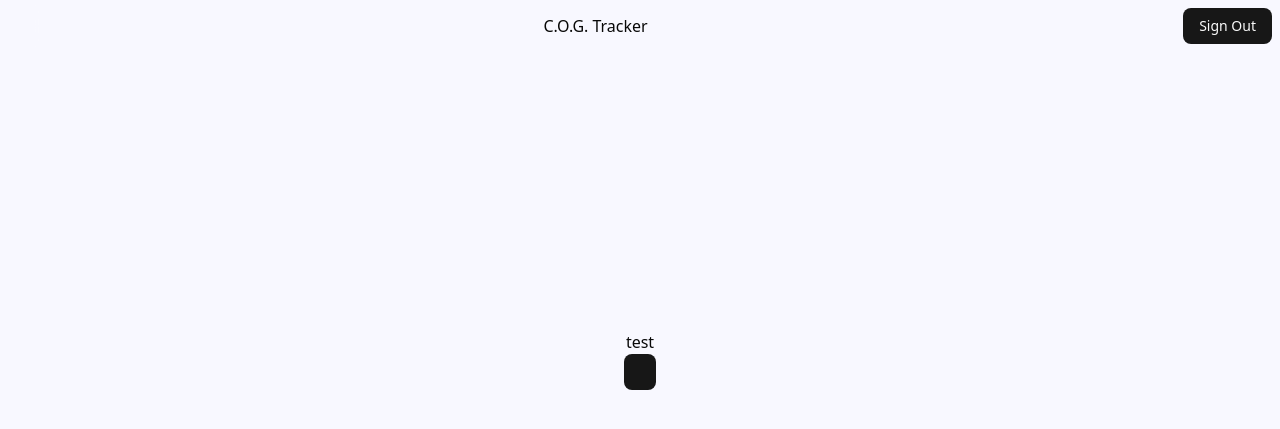
Repository: Renzo-Salosagcol/cog_tracker
Page: /dashboard/add-tracker/add-products
These files come from the project's save history. The page is drawn as it stood at one moment and after the next save; the edit follows.
The browser window is 1280 px wide. The pictures show the whole page.
The page's requests for data from a server got no answer. The project was rebuilt for these pictures with package versions that can differ from the ones it lists, and the page was loaded fresh each time. The framework's server and built-in components were replaced by stand-ins that run in the browser. No one was signed in, and anything a server would have sent is missing. Also part of the build but not shown: next.config.ts.

Above is the page before, as saved 2026-01-14 20:45:47.

After the next save:
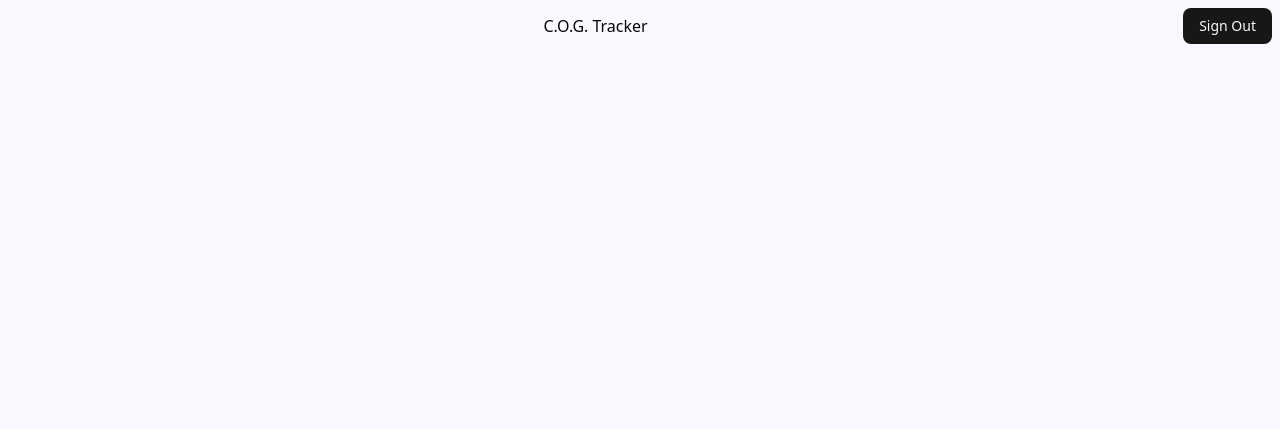
Saved 60 s later.
--- a/app/dashboard/add-tracker/add-products/page.tsx
+++ b/app/dashboard/add-tracker/add-products/page.tsx
@@ -8,8 +8,7 @@ export default function AddProductsPage() {
   return (
     <div className="root-page-element bg-background items-center justify-center p-10">
       <Navbar />
-      test
-      <Button></Button>
+
     </div>
   );
 }
